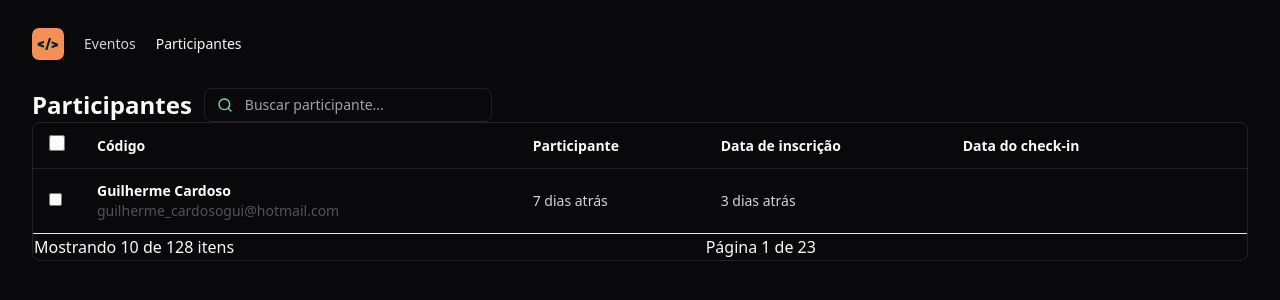
Repository: guilhermecardoso93/nlw-unite-react-2024
Page: /
An editor plug-in stored every save of this project. The page is shown before and after the next save, followed by the edit.
The browser window is 1280 px wide. The pictures show the whole page.
The project was rebuilt for these pictures with package versions that can differ from the ones it lists, and the page was loaded fresh each time. Also part of the build but not shown: vite.config.ts.

Above is the page before, as saved 2024-04-01 21:53:03.

### src/App.tsx
import { Header } from "./components/header";
import { AttendeeList } from "./components/attendee-list";

export function App() {

  return (
    <div className="max-w-[1216px] mx-auto py-5 flex flex-col gap-5">
      <Header />
      <AttendeeList />
    </div>
  )
}

### src/components/header.tsx
import Logo from "../assets/nlw-unite-icon.svg";

export function Header() {
  return (
    <div className="flex items-center gap-5 py-2">
      <img src={Logo} alt="logo" />

      <nav className="flex items-center gap-5">
        <a href="" className="font-medium text-sm text-zinc-300">Eventos</a>
        <a href="" className="font-medium text-sm">Participantes</a>
      </nav>
    </div>
  );
}

### src/components/attendee-list.tsx
import { Search } from "lucide-react";

//ChevronLeft,  ChevronRight,  ChevronsLeft,  ChevronsRight,  MoreHorizontal,

export function AttendeeList() {
  return (
    <div>
      <div className="flex gap-3 items-center">
        <h1 className="text-2xl font-bold">Participantes</h1>
        <div className="px-3 py-1.5 border border-white/10 rounded-lg text-sm w-72 flex items-center gap-3">
          <Search className="size-4 text-emerald-300" />
          <input
            placeholder="Buscar participante..."
            className="bg-transparent flex-1 outline-none"
          />
        </div>
      </div>

      <div className="border border-white/10 rounded-lg">
        <table className="w-full  ">
          <thead>
            <tr className="border-b border-white/10">
              <th
                style={{ width: 48 }}
                className="py-3 px-4 text-sm font-semibold text-left"
              >
                <input
                  type="checkbox"
                  className="size-4 bg-black/20 rounded border border-white/10"
                />
              </th>
              <th className="py-3 px-4 text-sm font-semibold text-left">
                Código
              </th>
              <th className="py-3 px-4 text-sm font-semibold text-left">
                Participante
              </th>
              <th className="py-3 px-4 text-sm font-semibold text-left">
                Data de inscrição
              </th>
              <th className="py-3 px-4 text-sm font-semibold text-left">
                Data do check-in
              </th>
              <th
                style={{ width: 64 }}
                className="py-3 px-4 text-sm font-semibold text-left"
              ></th>
            </tr>
          </thead>
          <tbody>
            <tr className="border-b bor-white/10">
              <td className="py-3 px-4 text-sm text-zinc-300">
                <input type="checkbox" />
              </td>
              <td className="py-3 px-4 text-sm">
                <div className="flex flex-col ga-1">
                  <span className="font-semibold text-white">Guilherme Cardoso</span>
                  <span className='text-zinc-600'>guilherme_cardosogui@hotmail.com</span>
                </div>
              </td>
              <td className="py-3 px-4 text-sm text-zinc-300">7 dias atrás</td>
              <td className="py-3 px-4 text-sm text-zinc-300">3 dias atrás</td>
              <td className="py-3 px-4 text-sm text-zinc-300"></td>
            </tr>
          </tbody>
          <tfoot>
            <tr>
              <td colSpan={3}>Mostrando 10 de 128 itens</td>
              <td colSpan={3}>Página 1 de 23</td>
            </tr>
          </tfoot>
        </table>
      </div>
    </div>
  );
}

### tailwind.config.js
/** @type {import('tailwindcss').Config} */
export default {
  content: [
    "./index.html",
    "./src/**/*.{js,ts,jsx,tsx}"
  ],
  theme: {
    extend: {},
  },
  plugins: [
    //require('@tailwindcss/forms')
  ],
}

Loaded but not shown: index.html (common file); src/main.tsx (common file); src/index.css (common file)

After the next save:
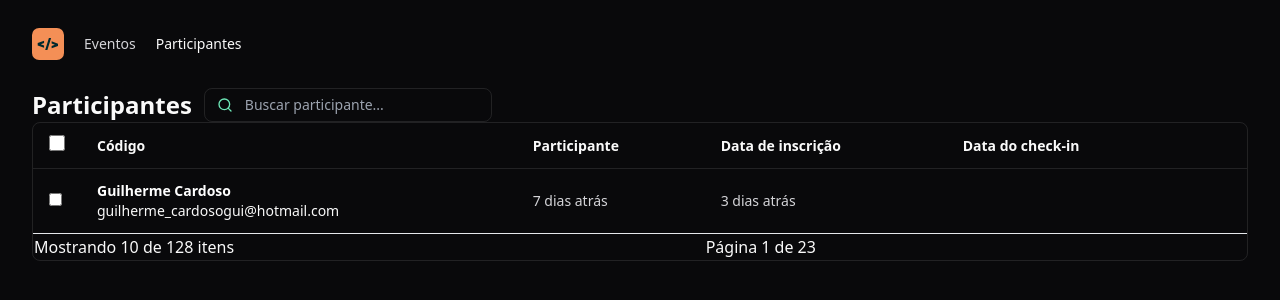
Saved 11 s later.
--- a/src/components/attendee-list.tsx
+++ b/src/components/attendee-list.tsx
@@ -55,7 +55,7 @@ export function AttendeeList() {
               <td className="py-3 px-4 text-sm">
                 <div className="flex flex-col ga-1">
                   <span className="font-semibold text-white">Guilherme Cardoso</span>
-                  <span className='text-zinc-600'>guilherme_cardosogui@hotmail.com</span>
+                  <span>guilherme_cardosogui@hotmail.com</span>
                 </div>
               </td>
               <td className="py-3 px-4 text-sm text-zinc-300">7 dias atrás</td>
